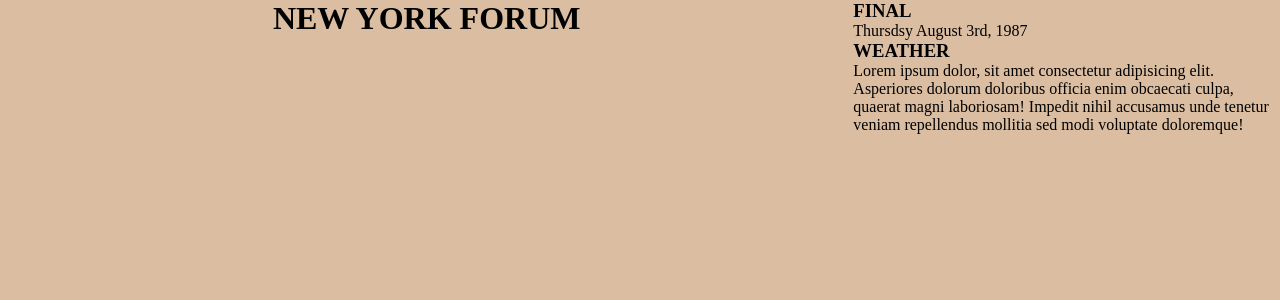
Repository: Arkitecth/newspaper-grid
Page: index.html
An editor plug-in stored every save of this project. The page is shown before and after the next save, followed by the edit.
The browser window is 1280 px wide. The pictures show the whole page.

Above is the page before, as saved 2023-05-29 16:54:43.

### index.html
<!DOCTYPE html>
<html lang="en">
<head>
    <meta charset="UTF-8">
    <meta http-equiv="X-UA-Compatible" content="IE=edge">
    <meta name="viewport" content="width=device-width, initial-scale=1.0">
    <link rel="stylesheet" href="styles.css">
    <title>News Paper</title>
</head>
<body>
    <header id="header">
        <div>
            <h1>New York Forum</h1>
        </div>
        <div>
            <h3>Final</h3>
            <p>Thursdsy August 3rd, 1987</p>

            <h3>Weather</h3>
            <p>Lorem ipsum dolor, sit amet consectetur adipisicing elit. Asperiores dolorum doloribus officia enim obcaecati culpa, quaerat magni laboriosam! Impedit nihil accusamus unde tenetur veniam repellendus mollitia sed modi voluptate doloremque!</p>
        </div>
    </header>
</body>
</html>

### styles.css
* {
    padding: 0;
    margin: 0;
}

body {
    background-color: #dbbea1;
    max-width: 1500px;
}

h1,h2,h3 {
    text-transform: uppercase;
}
#header {
    display: grid;
    grid-template-columns: 2fr 1fr;
    psdd
}


#header h1 {
    text-align: center;
}

After the next save:
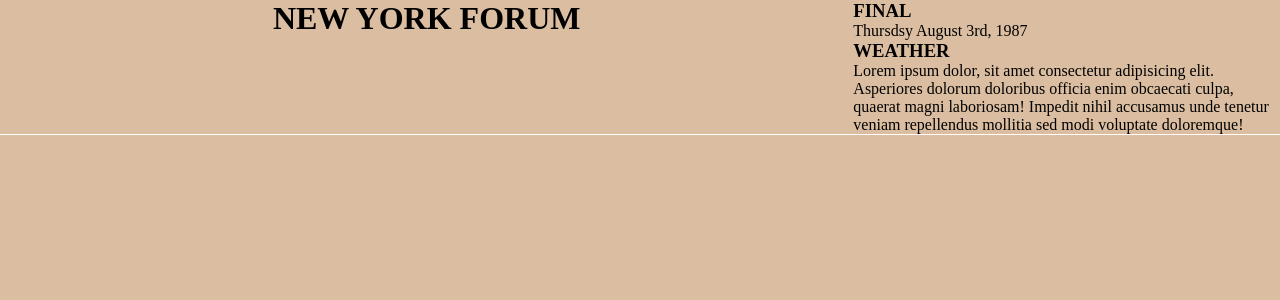
Saved 45 s later.
--- a/styles.css
+++ b/styles.css
@@ -14,7 +14,7 @@
 #header {
     display: grid;
     grid-template-columns: 2fr 1fr;
-    psdd
+    border-bottom: 1px solid #fff;
 }
 
 
